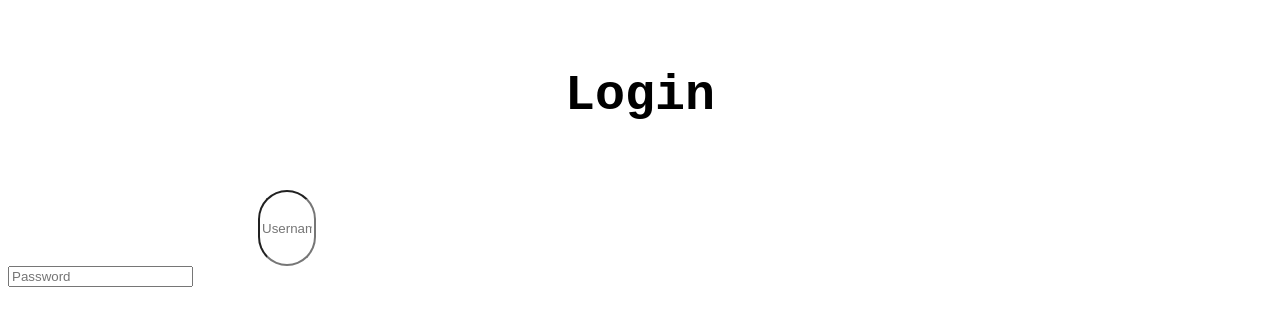
Repository: yhung004/TUTORIAL_PAGE
Page: log_in.html
These files come from the project's save history. The page is drawn as it stood at one moment and after the next save; the edit follows.
The browser window is 1280 px wide. The pictures show the whole page.

Above is the page before, as saved 2024-04-10 12:13:43.

After the next save:
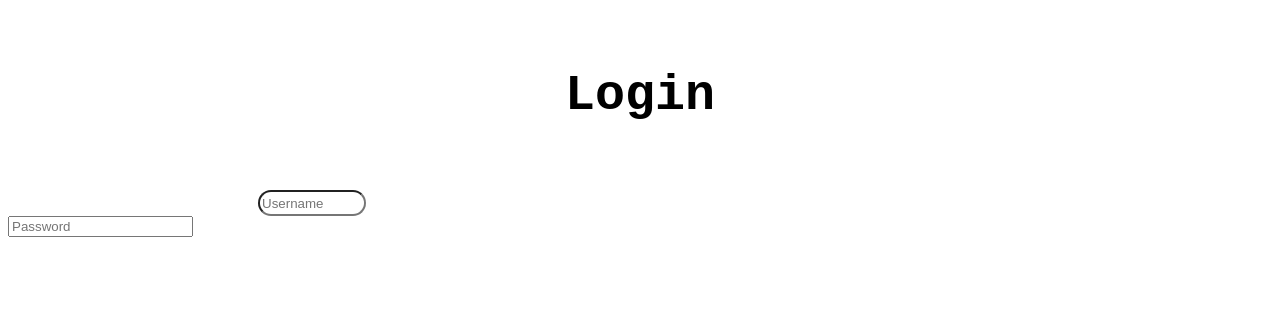
Saved 11 s later.
--- a/main.css
+++ b/main.css
@@ -48,6 +48,6 @@ a.button_a1 {
     position: relative;
     border-radius: 30px;
     left: 250px;
-    width: 50px;
-    height: 70px;
+    width: 100px;
+    height: 20px;
 }
